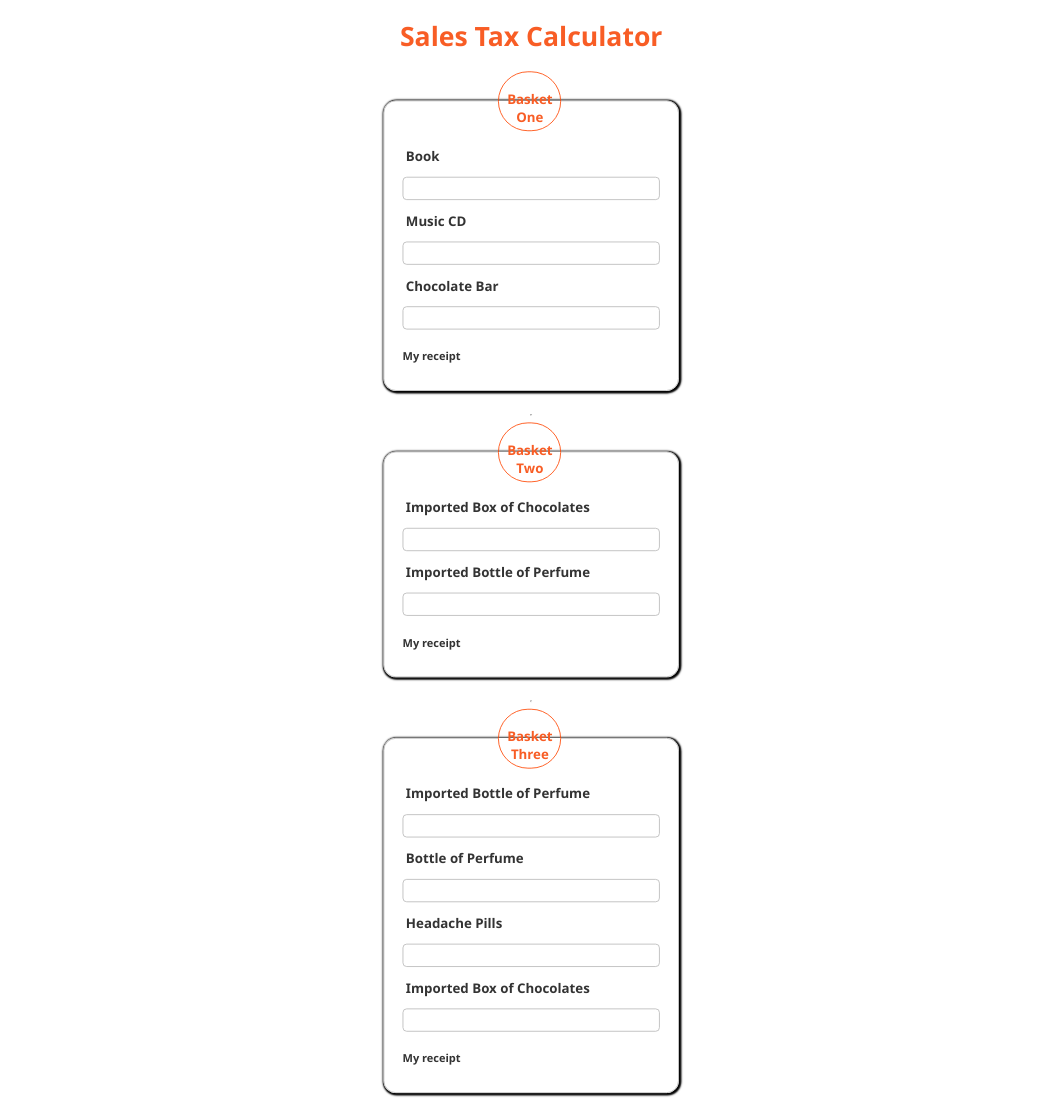
Repository: duzzisantos/sales-tax
Page: index.html
The author's editor kept a copy of each file at every save. The page is drawn from the files as they stood at one save, then again after the next save.
The browser window is 1280 px wide. The pictures show the whole page, at 83% of full size.

Above is the page before, as saved 2022-05-25 23:59:08.

### index.html
<!DOCTYPE html>
<html lang="en">

<head>
    <meta charset="UTF-8">
    <meta http-equiv="X-UA-Compatible" content="IE=edge">
    <meta name="viewport" content="width=device-width, initial-scale=1.0">
    <link href="style.css" rel="stylesheet">
    <title>Sales Tax Calculator</title>
</head>

<body>
    <h1>Sales Tax Calculator</h1>
    <section id="container">
        <fieldset>
            <legend>
                <h4>Basket One</h4>
            </legend>
            <form class="formOne">
                <label for="book">Book</label>
                <input id="book" type="number" name="book" onchange="basketOne()" />
                <label for="musicCD">Music CD</label>
                <input id="musicCD" type="number" name="musicCD" onchange="basketOne()" />
                <label for="chocolateBar">Chocolate Bar</label>
                <input id="chocolateBar" type="number" name="chocolateBar" onchange="basketOne()" />
            </form>
            <h5>My receipt</h5>
            <span id="listOne">

                </>
        </fieldset>
        <hr>

        <fieldset>
            <legend>
                <h4>Basket Two</h4>
            </legend>

            <label for="imported-box-chocolate">Imported Box of Chocolates</label>
            <input id="imported-box-chocolate" type="number" name="imported-box-chocolate" onchange="basketTwo()" />
            <label for="imported-perfume">Imported Bottle of Perfume</label>
            <input id="imported-perfume" type="number" name="imported-perfume" onchange="basketTwo()" />

            <h5>My receipt</h5>
            <span id="listTwo">

            </span>
        </fieldset>
        <hr>

        <fieldset>
            <legend>
                <h4>Basket Three</h4>
            </legend>

            <label for="imported-perfume2">Imported Bottle of Perfume</label>
            <input id="imported-perfume2" type="number" name="imported-perfume2" onchange="basketThree()" />
            <label for="bottle-perfume">Bottle of Perfume</label>
            <input id="bottle-perfume" type="number" name="bottle-perfume" onchange="basketThree()" />
            <label for="pills">Headache Pills</label>
            <input id="pills" type="number" name="pills" onchange="basketThree()" />
            <label for="imported-box-chocolate2">Imported Box of Chocolates</label>
            <input id="imported-box-chocolate2" type="number" name="imported-box-chocolate2" onchange="basketThree()" />

            <h5>My receipt</h5>
            <span id="listThree">

            </span>
        </fieldset>
    </section>
</body>
<script src="first.js"></script>
<script src="second.js"></script>
<script src="third.js"></script>
<script src="index.js"></script>

</html>

### style.css
*{
    color: rgb(0,0,0,0.8);
    font-family: 'Segoe UI', Tahoma, Geneva, Verdana, sans-serif;
}

#container{
    display: flex;
    flex-direction: column;
    align-items: center;
    justify-content: center;
    bottom: 0;
}

fieldset{
    height: fit-content;
    width: 20%;
    border: 1px solid rgb(185, 185, 185);
    border-radius: 15px;
    margin-bottom: 20px;
    box-shadow: 1px 1px 2px 2px black;
}

legend{
    height: 70px;
    width: 70px;
    border: 1px solid orangered;
    border-radius: 50px;
    margin-left: 38%;
}

legend h4, h1{
    text-align: center;
    color: rgb(248, 93, 37);
}

h5{
    margin-left: 10px;
}
label, input{
    display: block;
    margin: 10px;
    padding: 4px;
    font-weight: 600;
}

input{
    width: 300px;
    border-radius: 5px;
    border: 1px solid rgb(185, 185, 185);
}

### first.js
//Variables for tax rate
let taxFree = 0;
let basicTax = 10;
let importDuty = 5;

//imported basic taxable items attract an extra non-negotiable tax rate of 5%, therefore 10% + 5% = 15%
let basicPlusImportDuty = basicTax + importDuty;

//An app that computes the first basket of goods
const basketOne = () => {
  let book = document.getElementById("book").value;
  let musicCD = document.getElementById("musicCD").value;
  let chocolateBar = document.getElementById("chocolateBar").value;

  // The plus sign is used in front of every variable to indicate to JavaScript that they are numerical values
  // Without this, they would become concatenated strings

  //these are the sums of the items and their taxes
  let bookPlusTax = +taxFree * +book + +book;
  let musicCDPlusTax = (basicTax * +musicCD) / 100 + +musicCD;
  let chocolateBarPlusTax = +taxFree * +chocolateBar + +chocolateBar;

  //this computes the total price paid by the customer
  let netPayment = +bookPlusTax + +musicCDPlusTax + +chocolateBarPlusTax;
  let roundedPayment = netPayment.toFixed(2);

  //this computes the total sales tax generated
  let totalTaxes =
    bookPlusTax -
    book +
    (musicCDPlusTax - musicCD) +
    (chocolateBarPlusTax - chocolateBar);

  //Math.ceil and toFixed method helps us round up to the nearest 0.05
  let roundedTax = (Math.ceil(totalTaxes * 20) / 20).toFixed(2);

  //Receipt
  const listOne = document.getElementById("listOne");
  listOne.innerHTML = `<br>1 book: ${bookPlusTax}<br>1 music CD: ${musicCDPlusTax.toFixed(2)}<br>1
  chocolate bar: ${chocolateBarPlusTax}<br>Sales Tax: ${roundedTax}<br><b>Total: ${roundedPayment}</b><br>`;
};

### second.js
//Variables for tax rate
let basicTax2 = 10;
let importDuty2 = 5;

//imported basic taxable items attract an extra non-negotiable tax rate of 5%, therefore 10% + 5% = 15%
let basicPlusImportDuty2 = basicTax2 + importDuty2;

//An app that computes the second basket of goods
const basketTwo = () => {
  let importedChocolate = document.getElementById(
    "imported-box-chocolate"
  ).value;
  let importedPerfume = document.getElementById("imported-perfume").value;

  // The plus sign is used in front of every variable to indicate to JavaScript that they are numerical values
  // Without this, they would become concatenated strings

  //these are the sums of the imported items and their taxes
  let importedChocolatePlusTax =
    (importDuty2 * +importedChocolate) / 100 + +importedChocolate;
  let importedPerfumePlusTax =
    (basicPlusImportDuty2 * +importedPerfume) / 100 + +importedPerfume;

  //Math.ceil and toFixed method helps us round up to the nearest 0.05
  //this computes the total price paid by the customer
  let netPayment = +importedChocolatePlusTax + +importedPerfumePlusTax;
  let roundedPayment = (Math.ceil(netPayment * 20) / 20).toFixed(2);

  //this computes the total sales tax generated
  let totalTaxes =
    (importDuty2 * +importedChocolate) / 100 +
    (basicPlusImportDuty2 * +importedPerfume) / 100;
  let roundedTaxes = (Math.ceil(totalTaxes * 20) / 20).toFixed(2);


  //Receipt
  const listTwo = document.getElementById("listTwo")
  listTwo.innerHTML = `<br>1 imported box of chocolates:
   ${importedChocolatePlusTax.toFixed(2)}<br>1 imported bottle of perfume:
    ${(Math.ceil(importedPerfumePlusTax * 20) / 20).toFixed(2)}
   <br>Sales Taxes: ${roundedTaxes}<br><b>Total: ${roundedPayment}</b><br>`
};

### third.js
//Variables for tax rate
let taxFree3 = 0;
let basicTax3 = 10;
let importDuty3 = 5;
let basicPlusImportDuty3 = basicTax3 + importDuty3;

//App that computes the third basket of goods
const basketThree = () => {
  let importedPerfume2 = document.getElementById("imported-perfume2").value;
  let bottlePerfume = document.getElementById("bottle-perfume").value;
  let pills = document.getElementById("pills").value;
  let importedChocolate2 = document.getElementById(
    "imported-box-chocolate2"
  ).value;

  //    // The plus sign is used in front of every variable to indicate to JavaScript that they are numerical values
  // Without this, they would become concatenated strings

  //these are the sums of the imported items and their taxes
  let importedPerfume2PlusTax =
    (basicPlusImportDuty3 * +importedPerfume2) / 100 + +importedPerfume2;
  let bottlePerfumePlusTax =
    (basicTax3 * +bottlePerfume) / 100 + +bottlePerfume;
  let pillsPlusTax = taxFree3 * +pills + +pills;
  let importedChocolate2PlusTax =
    (importDuty3 * +importedChocolate2) / 100 + +importedChocolate2;

  //Math.ceil and toFixed method helps us round up to the nearest 0.05
  //This computes the prices plus their taxes
  let netPayment =
    importedPerfume2PlusTax +
    bottlePerfumePlusTax +
    pillsPlusTax +
    importedChocolate2PlusTax;
  let roundedPayment = (Math.ceil(netPayment * 20) / 20).toFixed(2);

  //this computes the total taxes generated from selling basket three
  let totalTaxes =
    importedPerfume2PlusTax -
    importedPerfume2 +
    (bottlePerfumePlusTax - bottlePerfume) +
    (pillsPlusTax - pills) +
    (importedChocolate2PlusTax - importedChocolate2);

  let roundedTaxes = (Math.ceil(totalTaxes * 20) / 20).toFixed(2);

  //Receipt
  const listThree = document.getElementById("listThree");
  listThree.innerHTML = `<br>1 imported bottle of perfume: ${importedPerfume2PlusTax.toFixed(2)}
  <br>1 bottle of perfume: ${bottlePerfumePlusTax.toFixed(2)}<br>1 packet of headache pills: ${pillsPlusTax.toFixed(2)}
  <br>1 imported box of chocolate: ${importedChocolate2PlusTax.toFixed(2)}
  <br>Sales Tax: ${roundedTaxes}<br><b>Total: ${roundedPayment}</b><br>`;
};

### index.js
//This is responsible for the DOM Manipulation
//This helps the user to display a simple receipt

After the next save:
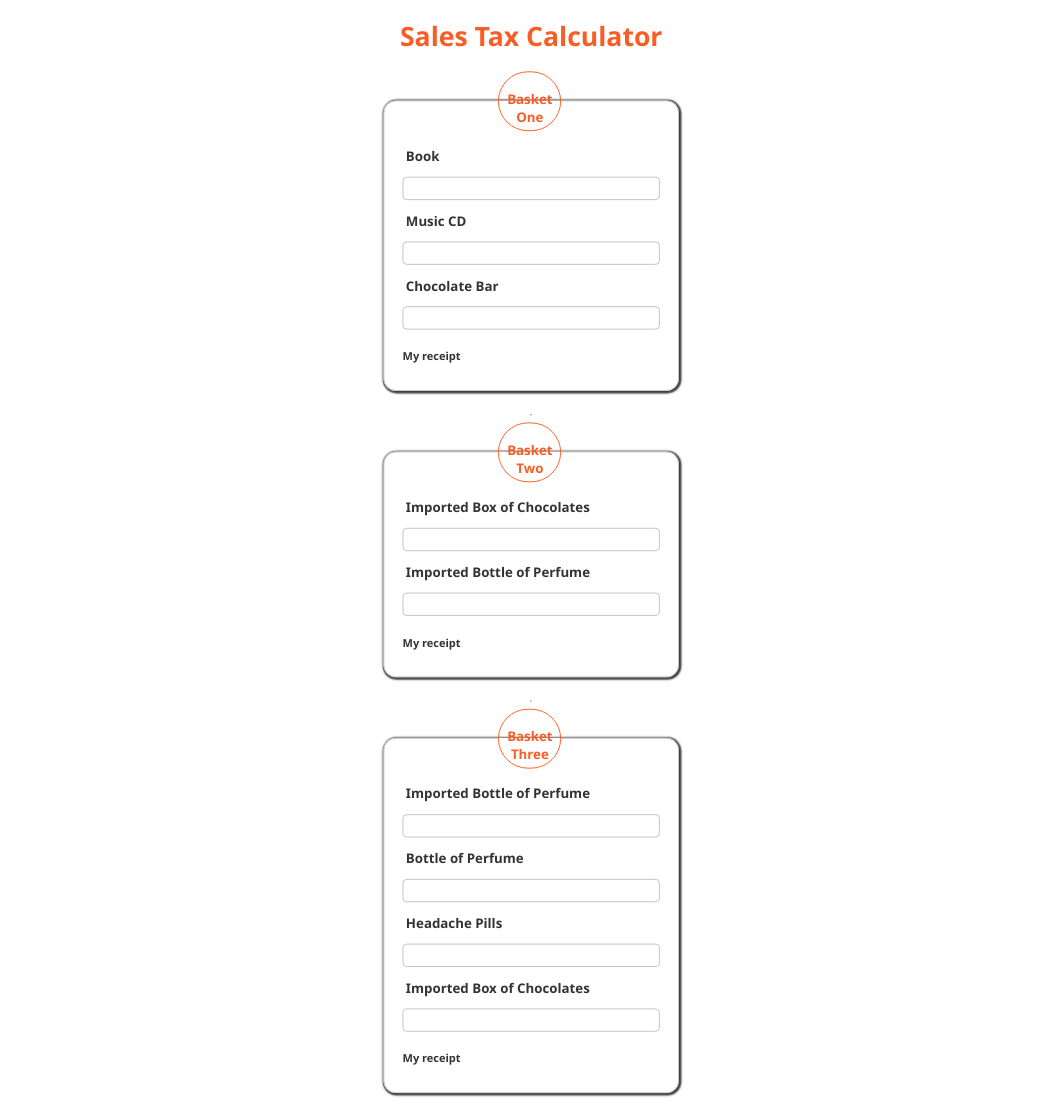
Saved 17 s later.
--- a/style.css
+++ b/style.css
@@ -17,7 +17,7 @@ fieldset{
     border: 1px solid rgb(185, 185, 185);
     border-radius: 15px;
     margin-bottom: 20px;
-    box-shadow: 1px 1px 2px 2px black;
+    box-shadow: 1px 1px 2px 2px rgba(0, 0, 0, 0.76);
 }
 
 legend{
